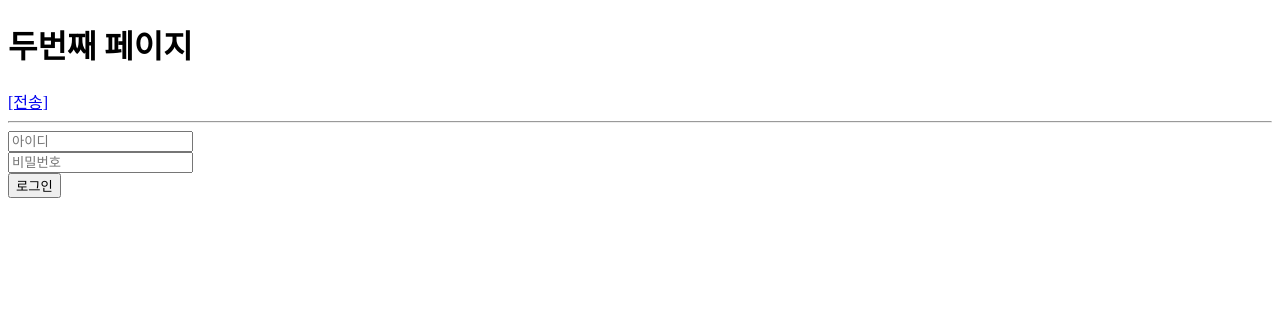
Repository: vvwvvwwvvw/sts-3
Page: http://localhost/spring-jsp01/mavCase
The author's editor kept a copy of each file at every save. The page is drawn from the files as they stood at one save, then again after the next save.
The browser window is 1280 px wide. The pictures show the whole page.
The page is served by Tomcat 9. Other server files are loaded and not shown.

Above is the page before, as saved 2024-02-02 05:44:08.

### spring-jsp01/src/main/webapp/WEB-INF/views/modelAndView.jsp
<%@ page language="java" contentType="text/html; charset=UTF-8"
    pageEncoding="UTF-8"%>
<!DOCTYPE html>
<html>
<head>
<meta charset="UTF-8">
<title>Insert title here</title>
</head>
<body>
<h1>${sec_data}</h1>

<a href="send?id=user&num1=1234&num2=73">[전송]</a>

<hr>

<form action="login" method="post">
	<input type="text" name="id" placeholder="아이디"><br>
	<input type="password" name="pwd" placeholder="비밀번호"><br>
	<input type="submit" value="로그인">
</form>
</body>
</html>

### spring-jsp01/src/main/java/com/icia/jsp01/dto/DataDto.java
package com.icia.jsp01.dto;

import lombok.Getter;
import lombok.Setter;

@Getter
@Setter
public class DataDto {
	private int code;
	private String strData;
	private int numData;
	private String dateData;
}

After the next save:
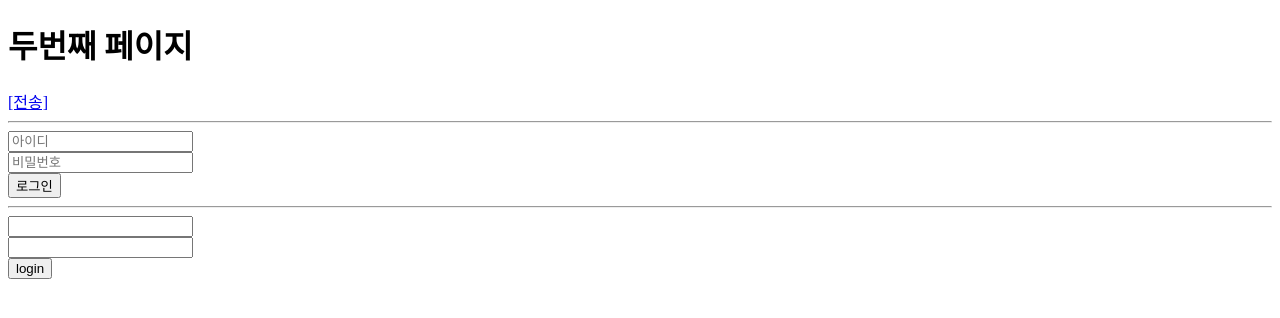
Saved 20 min 42 s later.
--- a/spring-jsp01/src/main/webapp/WEB-INF/views/modelAndView.jsp
+++ b/spring-jsp01/src/main/webapp/WEB-INF/views/modelAndView.jsp
@@ -18,5 +18,12 @@
 	<input type="password" name="pwd" placeholder="비밀번호"><br>
 	<input type="submit" value="로그인">
 </form>
+<hr>
+<input type="text" id="id_in"><br>
+<input type="password" id="pw_in"><br>
+<button id= "lbtn">login</button>
 </body>
+<script type="text/javascript">
+const idinput = document.query
+</script>
 </html>
